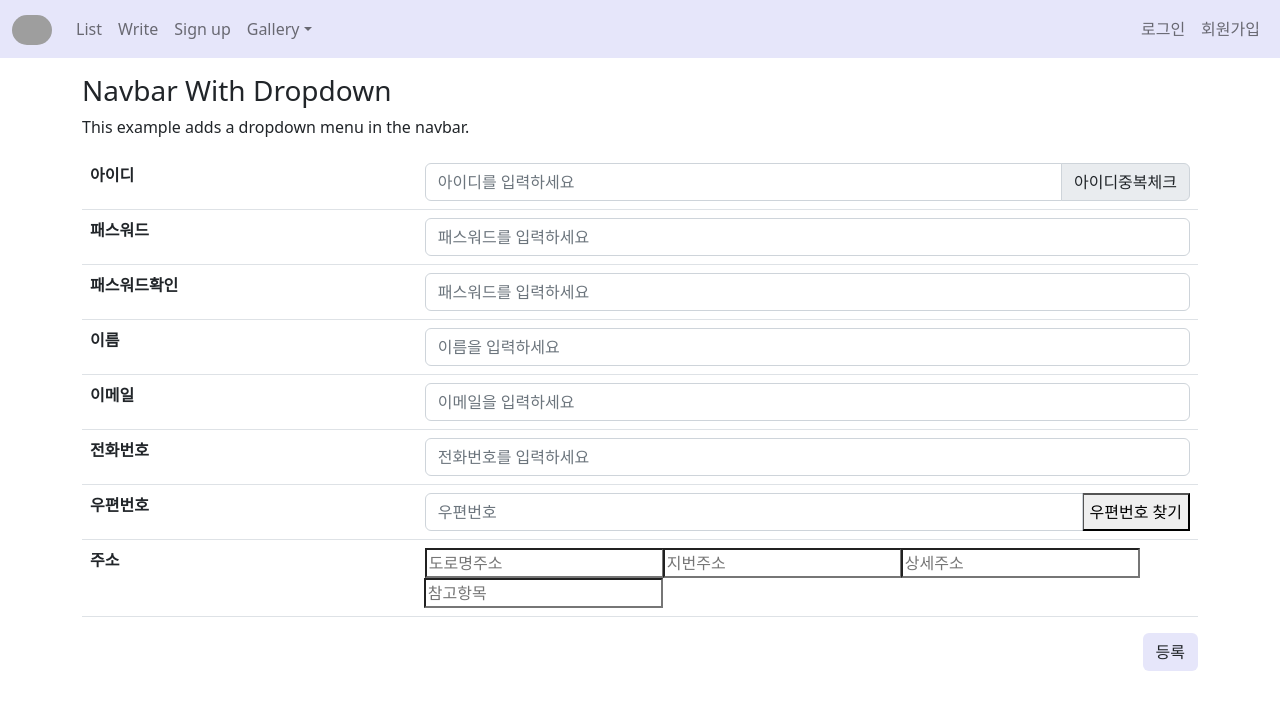
Repository: kwakhimoly/ws_backup
Page: http://localhost/myapp3/WEB-INF/views/member/member_write.jsp
The author's editor kept a copy of each file at every save. The page is drawn from the files as they stood at one save, then again after the next save.
The browser window is 1280 px wide. The pictures show the whole page.
Pictures or frames that could not be fetched are drawn as grey boxes. The page is served by Tomcat 9. Nobody is signed in. Other server files are loaded and not shown. The template is opened directly, without the code that normally fills it, so the values that code supplies are empty.

Above is the page before, as saved 2023-02-13 06:22:42.

### spws/myapp3/src/main/webapp/WEB-INF/views/member/member_write.jsp
<%@ page language="java" contentType="text/html; charset=UTF-8"
	pageEncoding="UTF-8"%>
<!DOCTYPE html>
<html>
<head>
<meta charset="UTF-8">
<title>Insert title here</title>
<meta name="viewport" content="width=device-width, initial-scale=1">
<link
	href="https://cdn.jsdelivr.net/npm/bootstrap@5.2.3/dist/css/bootstrap.min.css"
	rel="stylesheet">
<script src="https://cdn.jsdelivr.net/npm/bootstrap@5.2.3/dist/js/bootstrap.bundle.min.js"></script>
<script src="https://ajax.googleapis.com/ajax/libs/jquery/3.6.1/jquery.min.js"></script>
<script src="//t1.daumcdn.net/mapjsapi/bundle/postcode/prod/postcode.v2.js"></script>
</head>
<body>
	<form name="myform" id="myform">
		<input type="hidden" name="idcheck" id="idcheck" value="N">
		<!-- 메뉴 -->
		<%@ include file="../include/navbar.jsp"%>



		<div class="container mt-3">
			<h3>Navbar With Dropdown</h3>
			<p>This example adds a dropdown menu in the navbar.</p>


			<table class="table">
				<colgroup>
					<col width="30%">
					<col width="*">
				</colgroup>
				<tbody>
					<tr>
						<th>아이디</th>
						<td>
							<div class="input-group">
								<input type="text" class="form-control" placeholder="아이디를 입력하세요"
									name="user_id" id="user_id"> <button type="button"
									class="input-group-text" onclick="goIdcheck()">아이디중복체크</button>
							</div>
						</td>
					</tr>
					<tr>
						<th>패스워드</th>
						<td>
							<div class="input-group">
								<input type="password" class="form-control"
									placeholder="패스워드를 입력하세요" name="password" id="password">
							</div>
						</td>
					</tr>
					<tr>
						<th>패스워드확인</th>
						<td>
							<div class="input-group">
								<input type="password" class="form-control"
									placeholder="패스워드를 입력하세요" name="password2" id="password2">
							</div>
						</td>
					</tr>
					<tr>
						<th>이름</th>
						<td>
							<div class="input-group">
								<input type="text" class="form-control" placeholder="이름을 입력하세요"
									name="user_name" id="user_name">
							</div>
						</td>
					</tr>
					<tr>
						<th>이메일</th>
						<td>
							<div class="input-group">
								<input type="email" class="form-control" placeholder="이메일을 입력하세요"
									name="email" id="email">
							</div>
						</td>
					</tr>
					<tr>
						<th>전화번호</th>
						<td>
							<div class="input-group">
								<input type="tel" class="form-control" placeholder="전화번호를 입력하세요"
									name="phone" id="phone">
							</div>
						</td>
					</tr>
					<tr>
						<th>우편번호</th>
						<td>
					<div class="input-group">
						<input type="text" class="form-control" id="sample4_postcode" placeholder="우편번호">
						<input type="button" class="btm" onclick="sample4_execDaumPostcode()" value="우편번호 찾기">
					</div>
						</td>
					</tr>

					<tr>
						<th>주소</th>
						<td>
					<div class="input-group">
						<input type="text" id="sample4_roadAddress" placeholder="도로명주소">
						<input type="text" id="sample4_jibunAddress" placeholder="지번주소">
						<span id="guide" style="color:#999;display:none"></span>
						<input type="text" id="sample4_detailAddress" placeholder="상세주소">
						<input type="text" id="sample4_extraAddress" placeholder="참고항목">
					</div>
						</td>
					</tr>
				</tbody>
			</table>
		</div>

		</div>

		<div class="container" style="text-align: right">
			<button type="button" class="btn" style="background-color: lavender" onclick="goSave()">등록</button>
		</div>
	</form>
</body>


<script>
    //본 예제에서는 도로명 주소 표기 방식에 대한 법령에 따라, 내려오는 데이터를 조합하여 올바른 주소를 구성하는 방법을 설명합니다.
    function sample4_execDaumPostcode() {
        new daum.Postcode({
            oncomplete: function(data) {
                // 팝업에서 검색결과 항목을 클릭했을때 실행할 코드를 작성하는 부분.

                // 도로명 주소의 노출 규칙에 따라 주소를 표시한다.
                // 내려오는 변수가 값이 없는 경우엔 공백('')값을 가지므로, 이를 참고하여 분기 한다.
                var roadAddr = data.roadAddress; // 도로명 주소 변수
                var extraRoadAddr = ''; // 참고 항목 변수

                // 법정동명이 있을 경우 추가한다. (법정리는 제외)
                // 법정동의 경우 마지막 문자가 "동/로/가"로 끝난다.
                if(data.bname !== '' && /[동|로|가]$/g.test(data.bname)){
                    extraRoadAddr += data.bname;
                }
                // 건물명이 있고, 공동주택일 경우 추가한다.
                if(data.buildingName !== '' && data.apartment === 'Y'){
                   extraRoadAddr += (extraRoadAddr !== '' ? ', ' + data.buildingName : data.buildingName);
                }
                // 표시할 참고항목이 있을 경우, 괄호까지 추가한 최종 문자열을 만든다.
                if(extraRoadAddr !== ''){
                    extraRoadAddr = ' (' + extraRoadAddr + ')';
                }

                // 우편번호와 주소 정보를 해당 필드에 넣는다.
                document.getElementById('sample4_postcode').value = data.zonecode;
                document.getElementById("sample4_roadAddress").value = roadAddr;
                document.getElementById("sample4_jibunAddress").value = data.jibunAddress;

                // 참고항목 문자열이 있을 경우 해당 필드에 넣는다.
                if(roadAddr !== ''){
                    document.getElementById("sample4_extraAddress").value = extraRoadAddr;
                } else {
                    document.getElementById("sample4_extraAddress").value = '';
                }

                var guideTextBox = document.getElementById("guide");
                // 사용자가 '선택 안함'을 클릭한 경우, 예상 주소라는 표시를 해준다.
                if(data.autoRoadAddress) {
                    var expRoadAddr = data.autoRoadAddress + extraRoadAddr;
                    guideTextBox.innerHTML = '(예상 도로명 주소 : ' + expRoadAddr + ')';
                    guideTextBox.style.display = 'block';

                } else if(data.autoJibunAddress) {
                    var expJibunAddr = data.autoJibunAddress;
                    guideTextBox.innerHTML = '(예상 지번 주소 : ' + expJibunAddr + ')';
                    guideTextBox.style.display = 'block';
                } else {
                    guideTextBox.innerHTML = '';
                    guideTextBox.style.display = 'none';
                }
            }
        }).open();
    }

function goSave() {
	if($("#idcheck").val()=="N"){
		alert("아이디 중복체크를 하세요");
		$("#user_id").focus();
		return;
	}
	var frm = document.myform;
	frm.action="<%=request.getContextPath()%>/member/save";
//	$("#user_id").prop("disabled", false);
//		-> disabled 쓰고 싶은데 폼 전송으로 값 전달도 해야 하면 submit 전에 disabled 해제
	frm.submit();
}
function goIdcheck(){
	let user_id = $("#user_id").val().trim();

	if(user_id==""){
		alert("아이디를 입력하세요");
		$("#user_id").focus();
		return;
	}

	$.ajax({
		url:"<%=request.getContextPath()%>/member/idcheck",
		data: {"user_id":user_id},
		method: "POST",
		dataType: "JSON"
	})
	.done(function (response){
		if(response.result=="success"){
			$("#idcheck").val("Y");
			$("#user_id").prop("readonly", true);
			/*
			prop("disabled",true)로 하면 파라미터 값이 안 넘어감
			readonly : input type="text" 에만 가능. 사용자는 value 값을 변경할 수 없음.
			disabled : 모든 input 객체에 대하여 비활성화 처리 가능. Form 전송시 해당 객체는 전송이 안됨.
			*/
			alert("사용가능한 아이디입니다.");
		} else{
			alert("이미 사용중인 아이디입니다.");
		}
	})
	.fail(function (response, status, error){
		console.log(error);
	});
}
</script>
</html>

### spws/myapp3/src/main/webapp/WEB-INF/views/include/navbar.jsp
<%@ page language="java" contentType="text/html; charset=UTF-8"
	pageEncoding="UTF-8"%>
<!-- 메뉴 -->
<meta charset="UTF-8">
<!-- 한글 깨짐 방지 -->
<%
// 공통변수 CONTEXT 만들어 놓고 갖다 쓰기
String CONTEXT = request.getContextPath();
%>


<nav class="navbar navbar-expand-sm navbar-light" style="background-color: lavender">
	<div class="container-fluid">
		<a class="navbar-brand" href="<%=CONTEXT%>"> <img
			src="https://imjustcreative.com/wp-content/uploads/2015/11/Screenshot-2019-11-23-17.32.44.jpg" alt="Avatar Logo"
			style="width: 40px;" class="rounded-pill">
		</a>

		<button class="navbar-toggler" type="button" data-bs-toggle="collapse"
			data-bs-target="#collapsibleNavbar">
			<span class="navbar-toggler-icon"></span>
		</button>
		<div class="collapse navbar-collapse" id="collapsibleNavbar">
			<ul class="navbar-nav">
				<li class="nav-item"><a class="nav-link"
					href="<%=CONTEXT%>/board/list?pg=0">List</a></li>
				<li class="nav-item"><a class="nav-link"
					href="<%=CONTEXT%>/board/write">Write</a></li>
				<li class="nav-item"><a class="nav-link"
					href="<%=CONTEXT%>/member/write">Sign up</a></li>
				<li class="nav-item dropdown"><a
					class="nav-link dropdown-toggle" href="#" role="button"
					data-bs-toggle="dropdown">Gallery</a>
					<ul class="dropdown-menu">
						<li><a class="dropdown-item" href="<%=CONTEXT%>/gallery/list">Gallery list</a></li>
						<li><a class="dropdown-item" href="<%=CONTEXT%>/gallery/write">Gallery write</a></li>
						<li><a class="dropdown-item" href="#">A third link</a></li>
					</ul></li>
			</ul>
		</div>
		<%if(session.getAttribute("user_id")==null||session.getAttribute("user_id").equals("")) {%>
			<ul class="navbar-nav justify-content-end">
				<li class="nav-item">
				<a class="nav-link" href="<%=CONTEXT%>/member/login">로그인</a>
				</li>
				<li class="nav-item">
				<a class="nav-link" href="<%=CONTEXT%>/member/write">회원가입</a>
				</li>
			</ul>
		<%} else {%>
			<ul class="navbar-nav justify-content-end">
				<li class="nav-item">
				<a class="nav-link" href="#none"><%=session.getAttribute("user_name") %></a>
				</li>
				<li class="nav-item">
				<a class="nav-link" href="#none" onclick="goLogout()">로그아웃</a>
				</li>
			</ul>
		<%} %>
	</div>
</nav>
<script type="text/javascript">
function goLogout() {
	$.ajax({
		url:"<%=request.getContextPath()%>/member/logout",
		method:"POST",
		dataType:"JSON"
	})
	.done(function (response){
		alert(response.message);
		if(response.result=="success"){
			location.href="<%=request.getContextPath()%>/";
		}
	})
	.fail((response, status, error)=>{
		console.log(error);
	});
}

</script>

After the next save:
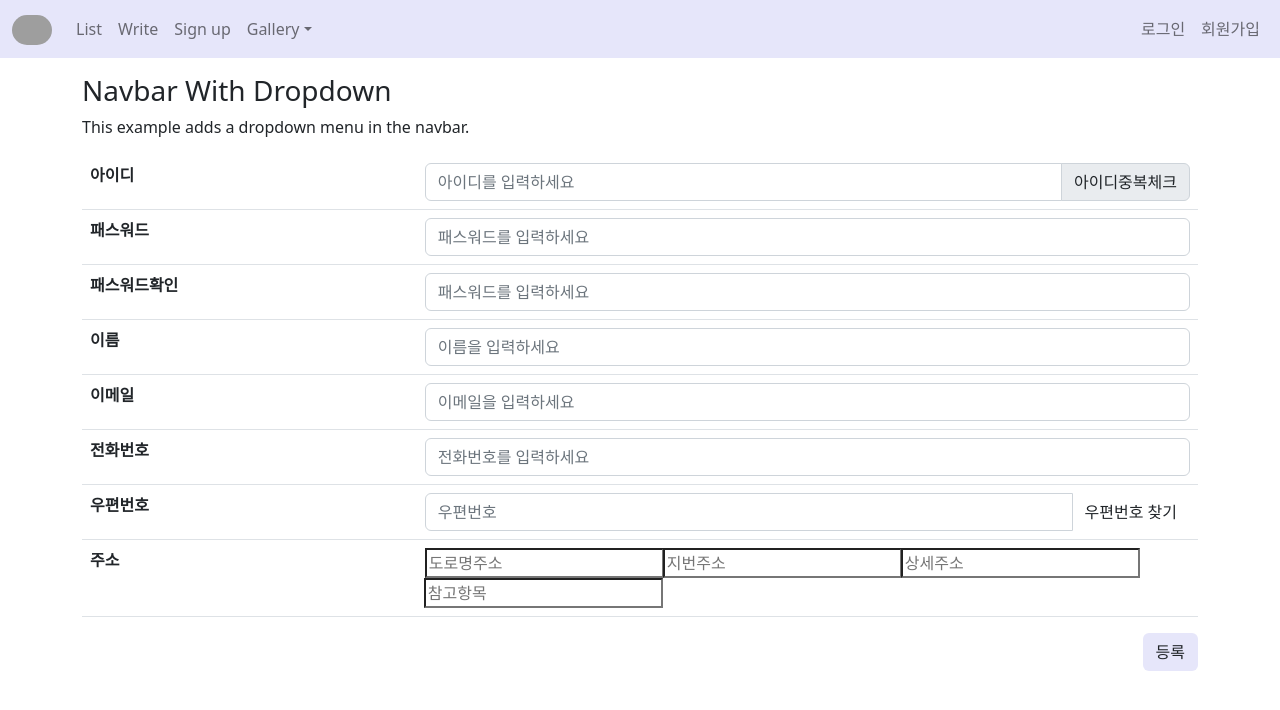
Saved 1 s later.
--- a/spws/myapp3/src/main/webapp/WEB-INF/views/member/member_write.jsp
+++ b/spws/myapp3/src/main/webapp/WEB-INF/views/member/member_write.jsp
@@ -92,7 +92,7 @@
 						<td>
 					<div class="input-group">
 						<input type="text" class="form-control" id="sample4_postcode" placeholder="우편번호">
-						<input type="button" class="btm" onclick="sample4_execDaumPostcode()" value="우편번호 찾기">
+						<input type="button" class="btn" onclick="sample4_execDaumPostcode()" value="우편번호 찾기">
 					</div>
 						</td>
 					</tr>
